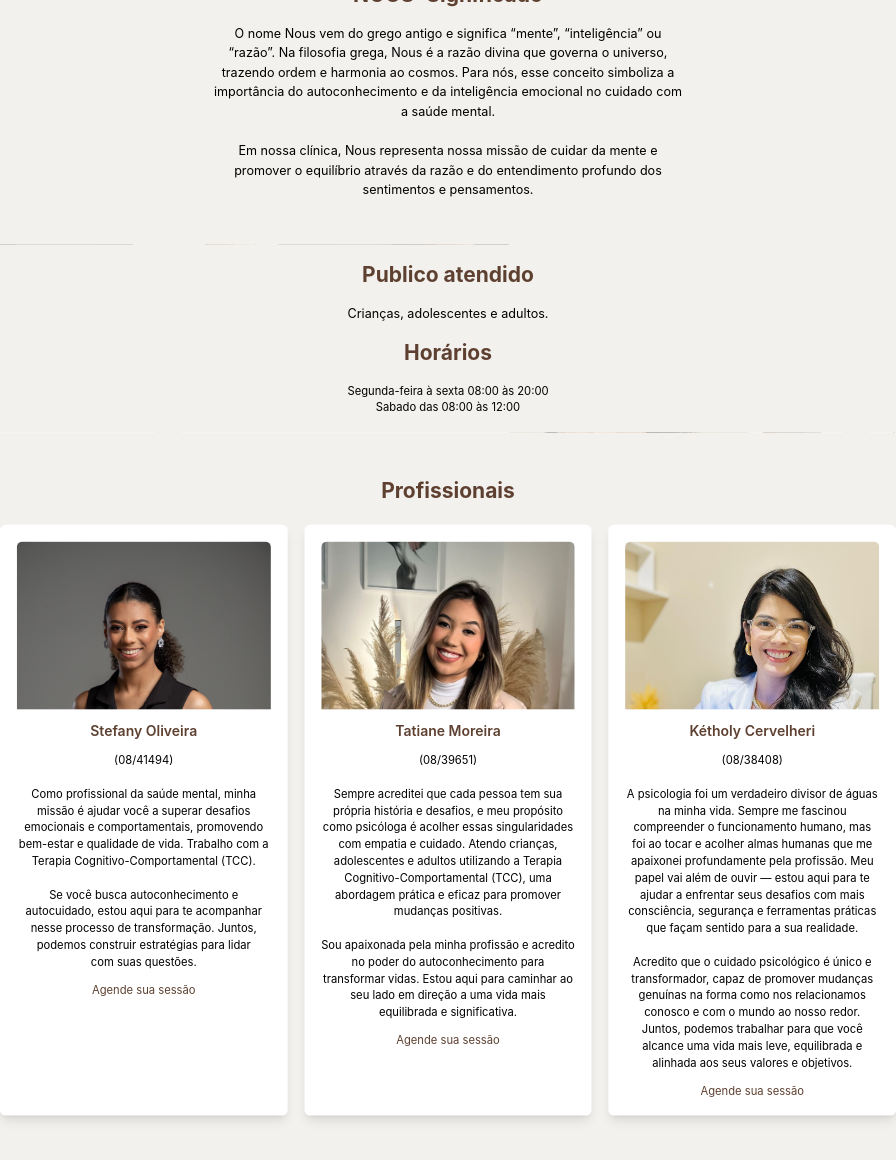
Repository: Mcervelheri/Nous
Page: /
An editor plug-in stored every save of this project. The page is shown before and after the next save, followed by the edit.
The browser window is 1280 px wide. The pictures show the part of the page from y = 874 to 2794 px (the page is 2532 px tall before and 2794 px after), at 70% of full size.
The project was rebuilt for these pictures with package versions that can differ from the ones it lists, and the page was loaded fresh each time. Also part of the build but not shown: vite.config.js.

Above is the page before, as saved 2025-02-19 22:51:08.

### index.html
<!DOCTYPE html>
<html lang="en">
  <head>
    <meta charset="UTF-8" />
    <link rel="icon" type="image/svg+xml" href="/src/assets/logos/NOUS.png" />
    <meta name="viewport" content="width=device-width, initial-scale=1.0" />
    <title>Clínica NOUS</title>
  </head>
  <body>
    <div id="root"></div>
    <script type="module" src="/src/main.jsx"></script>
  </body>
</html>

### src/index.css
* {
  margin: 0;
  padding: 0;
  box-sizing: border-box;
}

@media (min-width: 768px) {
  .menu {
    display: flex !important;
  }

  .img_meninas {
    height: 500px;
  }
}

@media (max-width: 768px) {
  .img_meninas {
    height: 500px;
  }

  .inicio {
    flex-direction: column;
  }
}

@media (max-width: 570px) {
  .inicio p {
    text-align: center;
    font-size: 14px;
  }
}

html,
body {
  height: 100%;
  margin: 0;
  padding: 0;
}

#root {
  min-height: 100%;
  display: flex;
  flex-direction: column;
}

main {
  flex: 1;
  padding-bottom: 100px;
  /* Espaço suficiente para o footer */
}

footer {
  flex-shrink: 0;
  /* Isso impede que o footer encolha */
}

body {
  margin: 0;
  font-family: -apple-system, BlinkMacSystemFont, "Segoe UI", "Roboto", "Oxygen",
    "Ubuntu", "Cantarell", "Fira Sans", "Droid Sans", "Helvetica Neue",
    sans-serif;
  -webkit-font-smoothing: antialiased;
  -moz-osx-font-smoothing: grayscale;
}

code {
  font-family: source-code-pro, Menlo, Monaco, Consolas, "Courier New",
    monospace;
}

.map-container {
  height: 100%;
  width: 100%;
}

@tailwind base;
@tailwind components;
@tailwind utilities;

### src/components/Header.jsx
import "react";
import { useState } from "react";
import NavLogo from "./NavLogo";
import HamburgerButton from "./HamburgerButton.jsx";
import NavLinks from "./NavLinks";
import logoNous from "/src/assets/logos/logo-nous.png";

const Header = () => {
  const [isOpen, setIsOpen] = useState(false);

  return (
    <nav className="bg-white w-full">
      <div className="max-w-7xl mx-auto px-4 sm:px-6 lg:px-8">
        <div className="flex justify-between items-center h-16">
          <NavLogo logoSrc={logoNous} alt="Logo NOUS" />
          <HamburgerButton isOpen={isOpen} onClick={() => setIsOpen(!isOpen)} />
          <NavLinks isOpen={isOpen} />
        </div>
      </div>
    </nav>
  );
};

export default Header;

### src/components/Main.jsx
import "react";
import Home from "./Home";
import About from "./About";
import Informations from "./Informations";
import Professionals from "./Professionals";

const Main = () => {
  return (
    <>
      <Home />
      <About />
      <Informations />
      <Professionals />
    </>
  );
};

export default Main;

### src/components/NavLogo.jsx
import React from "react";

const NavLogo = ({ logoSrc, alt }) => (
  <div>
    <a href="#inicio">
      <img src={logoSrc} alt={alt} className="h-16" />
    </a>
  </div>
);

export default NavLogo;

### src/components/HamburgerButton.jsx
import React from "react";

const HamburgerButton = ({ isOpen, onClick }) => (
  <button
    className="md:hidden text-[#5e4031] focus:outline-none shadow-md p-2"
    onClick={onClick}
  >
    <svg
      className="w-6 h-6"
      xmlns="http://www.w3.org/2000/svg"
      fill="none"
      viewBox="0 0 24 24"
      stroke="currentColor"
    >
      <path
        strokeLinecap="round"
        strokeLinejoin="round"
        strokeWidth={2}
        d={!isOpen ? "M4 6h16M4 12h16M4 18h16" : "M6 18L18 6M6 6l12 12"}
      />
    </svg>
  </button>
);

export default HamburgerButton;

### src/components/NavLinks.jsx
import React from "react";
import NavLink from "./NavLink";

const NavLinks = ({ isOpen }) => {
  const links = [
    { href: "#inicio", label: "Início" },
    { href: "#sobre", label: "Sobre" },
    { href: "#profissionais", label: "Profissionais" },
    { href: "#missao", label: "Missão" },
    { href: "#contato", label: "Agende", isButton: true },
  ];

  return (
    <div
      className={`${
        isOpen ? "absolute top-16 right-0 bg-white shadow-md z-10" : "hidden"
      } md:flex md:items-center md:space-x-6 menu`}
    >
      {links.map((link) => (
        <NavLink key={link.href} href={link.href} isButton={link.isButton}>
          {link.label}
        </NavLink>
      ))}
    </div>
  );
};

export default NavLinks;

### src/components/Home.jsx
import "react";
import logoGrande from "/src/assets/logos/logo-nous-grande.png";

const Home = () => {
  return (
    <div id="inicio" className="relative h-screen">
      <div className="inicio fixed inset-0 flex items-center bg-[#bb947e] justify-center z-10 pointer-events-none">
        <div className="max-w-xl">
          <img src={logoGrande} alt="NOUS " className="img_inicio object-fit" />
        </div>
        <p className="text-xl max-w-2xl text-black mx-auto">
          Reconheça, compreenda, transforme-se.
        </p>
      </div>
    </div>
  );
};

export default Home;

### src/components/About.jsx
import React from "react";

const Sobre = () => {
  return (
    <div id="sobre" className="relative bg-[#f3f1ed] py-16 z-20">
      <div className="container mx-auto text-center">
        <h2 className="text-3xl font-bold mb-6 text-[#5e4031]">
          NOUS: Significado
        </h2>
        <p className="max-w-2xl mx-auto text-lg">
          O nome Nous vem do grego antigo e significa “mente”, “inteligência” ou
          “razão”. Na filosofia grega, Nous é a razão divina que governa o
          universo, trazendo ordem e harmonia ao cosmos. Para nós, esse conceito
          simboliza a importância do autoconhecimento e da inteligência
          emocional no cuidado com a saúde mental.
          <br></br>
          <br></br>
          Em nossa clínica, Nous representa nossa missão de cuidar da mente e
          promover o equilíbrio através da razão e do entendimento profundo dos
          sentimentos e pensamentos.
        </p>
      </div>
    </div>
  );
};

export default Sobre;

### src/components/Informations.jsx
import React from "react";

const Information = () => {
  return (
    <div id="Informacoes" className="relative bg-[#f3f1ed] py-6 z-20">
      <div className="container mx-auto text-center">
        <h2 className="text-3xl font-bold mb-6 text-[#5e4031]">
          Publico atendido
        </h2>
        <p className="max-w-2xl mx-auto text-lg">
          Crianças, adolescentes e adultos.
        </p>
        <br></br>
        <h2 className="text-3xl font-bold mb-6 text-[#5e4031]">Horários</h2>
        <p>Segunda-feira à sexta 08:00 às 20:00</p>
        <p>Sabado das 08:00 às 12:00</p>
      </div>
    </div>
  );
};

export default Information;

### src/components/Professionals.jsx
import React from "react";
import { ProfessionalsList } from "./ProfessionalsList";

const Professionals = () => {
  return (
    <>
      <div id="profissionais" className="relative bg-[#f3f1ed] py-16 z-20">
        <div className="container mx-auto text-center">
          <h2 className="text-3xl font-bold mb-8 text-[#5e4031]">
            Profissionais
          </h2>
          <ProfessionalsList />
        </div>
      </div>
    </>
  );
};

export default Professionals;

### src/components/NavLink.jsx
import React from "react";

const NavLink = ({ href, children, isButton }) => {
  const baseClasses = "block px-4 py-2";
  const regularClasses = `${baseClasses} md:px-0 hover:text-[#bb947e]`;
  const buttonClasses = `${baseClasses} bg-[#bb947e] text-white px-4 py-2 rounded hover:bg-[#c79165]`;

  return (
    <a href={href} className={isButton ? buttonClasses : regularClasses}>
      {children}
    </a>
  );
};
export default NavLink;

### src/components/ProfessionalsList.jsx
import React from "react";
import Professional from "./Professional";
import professionalsData from "./ProfessionalsData";

export const ProfessionalsList = () => {
  return (
    <div className="grid grid-cols-1 md:grid-cols-3 gap-6">
      {professionalsData.map((professional, index) => (
        <Professional
          key={index}
          img={professional.img}
          name={professional.name}
          crp={professional.crp}
          text1={professional.text1}
          text2={professional.text2}
        />
      ))}
    </div>
  );
};

### src/components/Professional.jsx
import React from "react";

const Professional = ({ img, name, crp, text1, text2 }) => {
  return (
    <div className="bg-white shadow-lg rounded-lg p-6">
      <div>
        <img
          src={img}
          alt={name}
          className="w-full h-60 object-cover object-top rounded-t-lg"
        />
      </div>
      <h3 className="text-xl font-semibold my-4 text-[#5e4031]">{name}</h3>
      <p className="mb-4">
        ({crp})
        <br />
        <br />
        {text1}
        <br />
        <br />
        {text2}
      </p>
      <a href="#contato" className="text-[#5e4031] hover:underline">
        Agende sua sessão
      </a>
    </div>
  );
};

export default Professional;

### src/components/ProfessionalsData.jsx
import stefanyImg from "/src/assets/Professionals/Stefany.jpg";
import tatianeImg from "/src/assets/Professionals/Tatiane.jpg";
import ketholyImg from "/src/assets/Professionals/Ketholy.jpg";

const professionalsData = [
  {
    img: stefanyImg,
    name: "Stefany Oliveira",
    crp: "08/41494",
    text1:
      "Como profissional da saúde mental, minha missão é ajudar você a superar desafios emocionais e comportamentais, promovendo bem-estar e qualidade de vida. Trabalho com a Terapia Cognitivo-Comportamental (TCC).",
    text2:
      "Se você busca autoconhecimento e autocuidado, estou aqui para te acompanhar nesse processo de transformação. Juntos, podemos construir estratégias para lidar com suas questões.",
  },
  {
    img: tatianeImg,
    name: "Tatiane Moreira",
    crp: "08/39651",
    text1:
      "Sempre acreditei que cada pessoa tem sua própria história e desafios, e meu propósito como psicóloga é acolher essas singularidades com empatia e cuidado. Atendo crianças, adolescentes e adultos utilizando a Terapia Cognitivo-Comportamental (TCC), uma abordagem prática e eficaz para promover mudanças positivas.",
    text2:
      "Sou apaixonada pela minha profissão e acredito no poder do autoconhecimento para transformar vidas. Estou aqui para caminhar ao seu lado em direção a uma vida mais equilibrada e significativa.",
  },
  {
    img: ketholyImg,
    name: "Kétholy Cervelheri",
    crp: "08/38408",
    text1:
      "A psicologia foi um verdadeiro divisor de águas na minha vida. Sempre me fascinou compreender o funcionamento humano, mas foi ao tocar e acolher almas humanas que me apaixonei profundamente pela profissão. Meu papel vai além de ouvir — estou aqui para te ajudar a enfrentar seus desafios com mais consciência, segurança e ferramentas práticas que façam sentido para a sua realidade.",
    text2:
      "Acredito que o cuidado psicológico é único e transformador, capaz de promover mudanças genuínas na forma como nos relacionamos conosco e com o mundo ao nosso redor. Juntos, podemos trabalhar para que você alcance uma vida mais leve, equilibrada e alinhada aos seus valores e objetivos.",
  },
];

export default professionalsData;

Loaded but not shown: src/main.jsx (common file); src/App.jsx (common file); tailwind.config.js (common file)

After the next save:
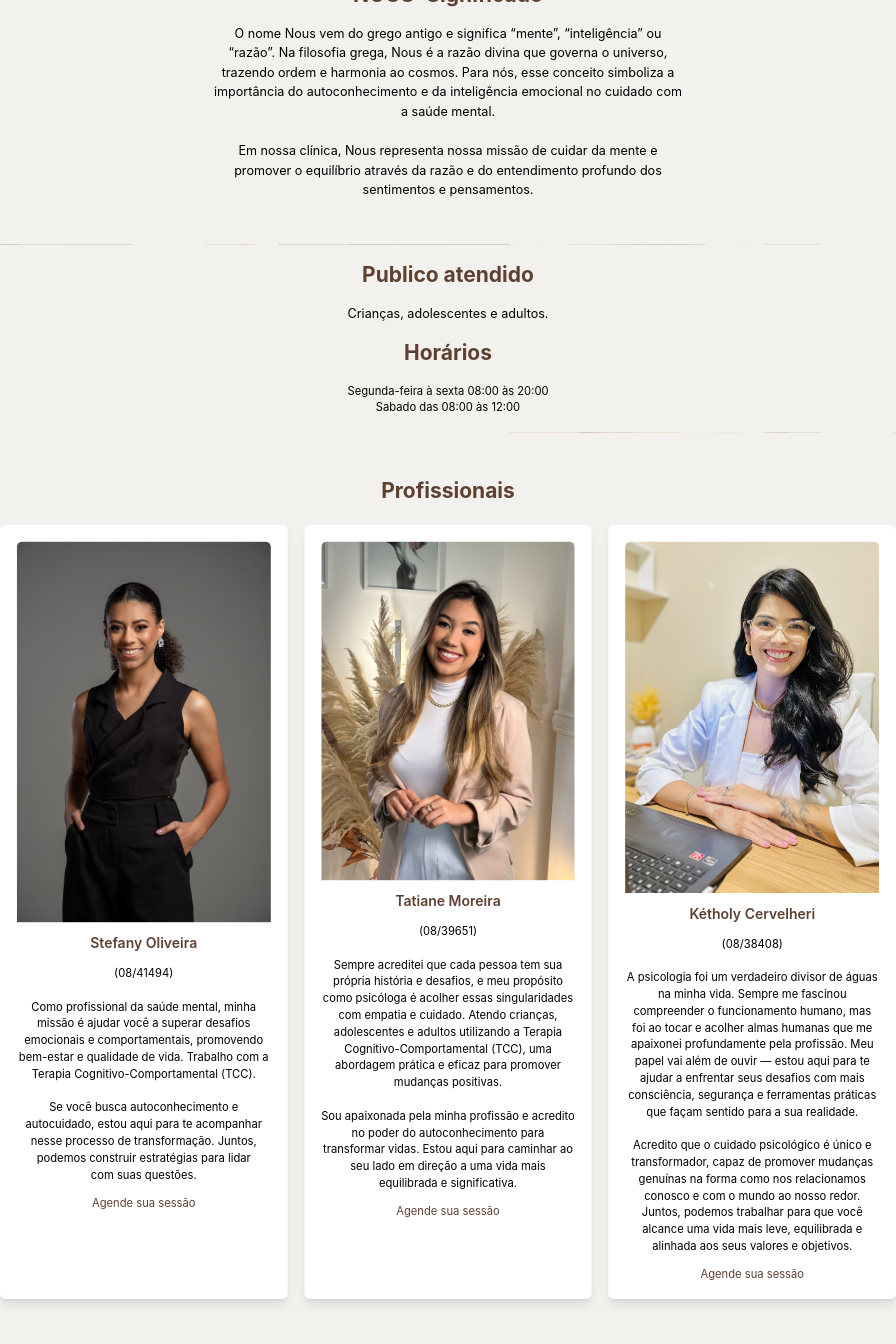
Saved 61 s later.
--- a/src/components/Professional.jsx
+++ b/src/components/Professional.jsx
@@ -7,7 +7,7 @@ const Professional = ({ img, name, crp, text1, text2 }) => {
         <img
           src={img}
           alt={name}
-          className="w-full h-60 object-cover object-top rounded-t-lg"
+          className="w-full h-full object-cover object-top rounded-t-lg"
         />
       </div>
       <h3 className="text-xl font-semibold my-4 text-[#5e4031]">{name}</h3>
